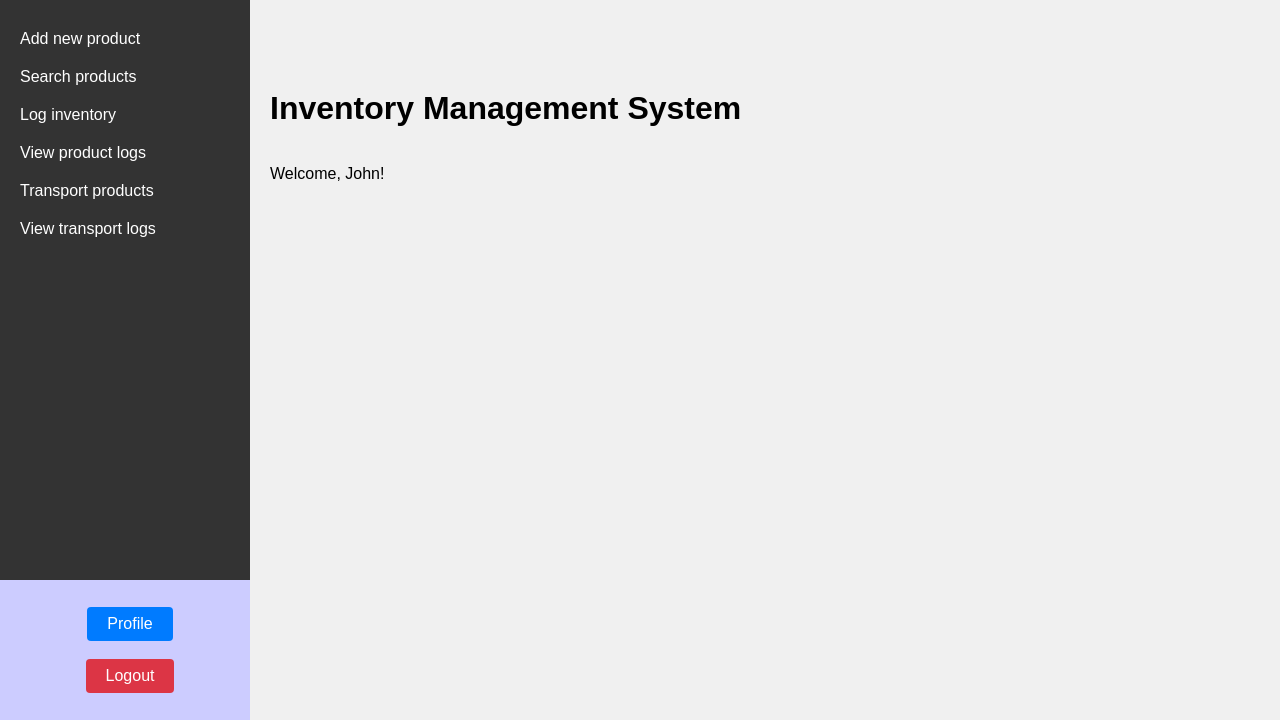
Repository: Warspinix/Flask-Web-Applications
Page: http://localhost/dashboard
The author's editor kept a copy of each file at every save. The page is drawn from the files as they stood at one save, then again after the next save.
The browser window is 1280 px wide. The pictures show the whole page.
The page is served by the project's application, run on Flask 3 (app.py). The session is filled in as if someone had signed in: {"user_id": 1, "first_name": "John"}.

Above is the page before, as saved 2024-06-13 22:32:51.

### templates/dashboard.html
<!-- dashboard.html -->

<!DOCTYPE html>
<html>

<head>
    <title>Inventory Management System</title>
    <link rel="stylesheet" type="text/css" href="{{ url_for('static', filename='style.css') }}">
</head>

<body>
    <div class="container">
        <!-- Navigation Bar -->
        <nav class="navbar" id="navbar">
            <div class="navbar-container">
                <!-- Functionality list -->
                <ul class="navbar-menu" id="menu">
                    <li><a href="{{ url_for('add_product') }}">Add new product</a></li>
                    <li><a href="{{ url_for('search_products') }}">Search products</a></li>
                    <li><a href="{{ url_for('log_inventory') }}">Log inventory</a></li>
                    <li><a href="{{ url_for('view_product_logs') }}">View product logs</a></li>
                    <li><a href="{{ url_for('transport_products') }}">Transport products</a></li>
                    <li><a href="{{ url_for('view_transport_logs') }}">View transport logs</a></li>
                </ul>

                <div class="profile-logout">
                    <a href="{{ url_for('profile') }}" class="btn btn-primary">Profile</a><br>
                    <a href="{{ url_for('logout') }}" class="btn btn-danger">Logout</a>
                </div>
            </div>
        </nav>
        <div class="content">
            <h1>Inventory Management System</h1>

            <!-- Welcome message -->
            <p>Welcome, {{ first_name }}!</p>
        </div>
    </div>
</body>

</html>

### app.py
from flask import Flask, render_template, redirect, url_for, flash, session
import flask_mysqldb
from flask_wtf import FlaskForm
from wtforms import StringField, PasswordField, SubmitField, IntegerField, SelectField
from wtforms.validators import DataRequired, NumberRange, Optional
import os
import datetime
from flask_bcrypt import Bcrypt

secret_key = os.urandom(24).hex()

app = Flask(__name__)
app.config["SECRET_KEY"] = secret_key
app.config["MYSQL_HOST"] = "localhost"
app.config["MYSQL_USER"] = "root"
app.config["MYSQL_PASSWORD"] = ""
app.config["MYSQL_DB"] = "inventory"

bcrypt = Bcrypt(app)

mysql = flask_mysqldb.MySQL(app)

class RegistrationForm(FlaskForm):
    email = StringField("Email", validators=[DataRequired()])
    first_name = StringField("First Name", validators=[DataRequired()])
    last_name = StringField("Last Name", validators=[DataRequired()])
    password = PasswordField("Password", validators=[DataRequired()])
    submit = SubmitField("Register")

class LoginForm(FlaskForm):
    user_id = StringField("User ID", validators=[DataRequired()])
    password = PasswordField("Password", validators=[DataRequired()])
    submit = SubmitField("Login")

class AddProductForm(FlaskForm):
    product_name = StringField("Product Name", validators=[DataRequired()])
    submit = SubmitField("Add Product")

class SearchForm(FlaskForm):
    search_by = StringField("Search by", validators=[DataRequired()])
    search_term = StringField("Search term", validators=[DataRequired()])
    submit = SubmitField("Search")

class AddToInventoryForm(FlaskForm):
    product_id = StringField("Product ID", validators=[DataRequired()])
    quantity_added = StringField("Quantity to add", validators=[DataRequired()])
    submit = SubmitField("Add to Inventory")

from flask_wtf import FlaskForm
from wtforms import SelectField, StringField, SubmitField
from wtforms.validators import DataRequired, Optional

class ViewProductLogsForm(FlaskForm):
    search_by = SelectField("Search by", choices=[
        ('', 'Select option'),
        ('id', 'Product ID'),
        ('month', 'Month'),
        ('both', 'Both')
    ], validators=[DataRequired()])
    product_id = StringField("Product ID", validators=[Optional()])
    month = SelectField("Select month", choices=[
        ('', 'Select month'),
        ('1', 'January'), ('2', 'February'), ('3', 'March'), ('4', 'April'),
        ('5', 'May'), ('6', 'June'), ('7', 'July'), ('8', 'August'),
        ('9', 'September'), ('10', 'October'), ('11', 'November'), ('12', 'December')
    ], validators=[Optional()])
    submit = SubmitField("View Logs")


class TransportForm(FlaskForm):
    product_id = IntegerField('Product ID', validators=[DataRequired(), NumberRange(min=1)])
    quantity_transported = IntegerField('Quantity to transport', validators=[DataRequired(), NumberRange(min=1)])
    submit = SubmitField('Transport')

class ViewTransportLogsForm(FlaskForm):
    search_by = SelectField("Search by", choices=[('', 'Select option'), ('id', 'Product ID'), ('month', 'Month'), ('both', 'Both')], validators=[DataRequired()])
    product_id = StringField("Product ID", validators=[Optional()])
    month = StringField("Select month", validators=[Optional()])
    submit = SubmitField("View Logs")


@app.route("/")
def index():
    return render_template("index.html")

@app.route("/register", methods=["GET", "POST"])
def register():
    form = RegistrationForm()
    if form.validate_on_submit():
        cur = mysql.connection.cursor()
        cur.execute("SELECT COUNT(*) FROM users")
        count = cur.fetchone()[0] + 1
        user_id = str(datetime.date.today().year) + str(count).zfill(3)
        registration_date = datetime.date.today()
        registration_time = datetime.datetime.now().time()
        hashed_password = bcrypt.generate_password_hash(form.password.data).decode('utf-8')
        cur.execute("INSERT INTO users (id, email, first_name, last_name, password, registration_date, registration_time) VALUES (%s, %s, %s, %s, %s, %s, %s)",
                    (user_id, form.email.data, form.first_name.data, form.last_name.data, hashed_password, registration_date, registration_time))
        mysql.connection.commit()
        # flash("Registration successful! You will be redirected to the home page in 3 seconds.")
        # return render_template("register_success.html")
        return redirect(url_for("index"))
    return render_template("register.html", form=form)

@app.route("/login", methods=["GET", "POST"])
def login():
    form = LoginForm()
    if form.validate_on_submit():
        cur = mysql.connection.cursor()
        print(form.user_id.data)
        print(form.password.data)
        cur.execute("SELECT password, first_name FROM users WHERE email = %s", (form.user_id.data,))
        result = cur.fetchone()
        print(result)
        if result:
            hashed_password = result[0]
            if bcrypt.check_password_hash(hashed_password, form.password.data):
                session['user_id'] = form.user_id.data
                session['first_name'] = result[1]  # Store first name in session
                return redirect(url_for("dashboard"))
            else:
                flash("Invalid user ID or password")
        else:
            flash("Invalid user ID or password")
    return render_template("login.html", form=form)

@app.route("/logout")
def logout():
    session.pop('user_id', None)
    session.pop('first_name', None)
    return redirect(url_for("index"))

@app.route("/dashboard")
def dashboard():
    if 'user_id' not in session:
        return redirect(url_for("login"))
    return render_template("dashboard.html", user_id=session['user_id'], first_name=session['first_name'])

@app.route("/profile")
def profile():
    if 'user_id' not in session:
        return redirect(url_for("login"))
    cur = mysql.connection.cursor()
    cur.execute("SELECT email, first_name, last_name, registration_date FROM users WHERE id = %s", (session['user_id'],))
    result = cur.fetchone()
    if result:
        return render_template("profile.html", email=result[0], first_name=result[1], last_name=result[2], registration_date=result[3])
    else:
        flash("User not found")
        return redirect(url_for("dashboard"))

@app.route("/add_product", methods=["GET", "POST"])
def add_product():
    if 'user_id' not in session:
        return redirect(url_for("login"))
    form = AddProductForm()
    if form.validate_on_submit():
        cur = mysql.connection.cursor()
        cur.execute("INSERT INTO products (name, quantity) VALUES (%s, %s)",
                    (form.product_name.data, 0))
        mysql.connection.commit()
        cur.execute("SELECT id FROM products ORDER BY id DESC LIMIT 1")
        product_id = cur.fetchone()[0]
        flash("Product added successfully! Product ID is " + str(product_id))
    return render_template("add_product.html", form=form, user_id=session['user_id'], first_name=session['first_name'])

@app.route("/search_products", methods=["GET", "POST"])
def search_products():
    if 'user_id' not in session:
        return redirect(url_for("login"))
    form = SearchForm()
    if form.validate_on_submit():
        cur = mysql.connection.cursor()
        if form.search_by.data == "id":
            cur.execute("SELECT * FROM products WHERE id = %s", (form.search_term.data,))
        else:
            cur.execute("SELECT * FROM products WHERE name LIKE %s", ("%" + form.search_term.data + "%",))
        products = cur.fetchall()
        return render_template("search_products.html", form=form, products=products, user_id=session['user_id'], first_name=session['first_name'])
    return render_template("search_products.html", form=form, user_id=session['user_id'], first_name=session['first_name'])

@app.route("/log_inventory", methods=["GET", "POST"])
def log_inventory():
    if 'user_id' not in session:
        return redirect(url_for("login"))
    form = AddToInventoryForm()
    if form.validate_on_submit():
        cur = mysql.connection.cursor()
        cur.execute("SELECT quantity FROM products WHERE id = %s", (form.product_id.data,))
        result = cur.fetchone()
        if result:
            new_quantity = result[0] + int(form.quantity_added.data)
            cur.execute("UPDATE products SET quantity = %s WHERE id = %s", (new_quantity, form.product_id.data))
            mysql.connection.commit()
            cur.execute("INSERT INTO products_log (product_id, quantity_added, log_date, log_time, user_id) VALUES (%s, %s, %s, %s, %s)",
                        (form.product_id.data, form.quantity_added.data, datetime.date.today(), datetime.datetime.now().time(), session['user_id']))
            mysql.connection.commit()
            flash("Inventory updated successfully!")
        else:
            flash("Product not found")
    return render_template("log_inventory.html", form=form, user_id=session['user_id'], first_name=session['first_name'])

@app.route("/view_product_logs", methods=["GET", "POST"])
def view_product_logs():
    if 'user_id' not in session:
        return redirect(url_for("login"))

    form = ViewProductLogsForm()
    product_logs = None

    if form.validate_on_submit():
        search_by = form.search_by.data
        product_id = form.product_id.data
        month = form.month.data

        query = """SELECT pl.product_id, p.name, pl.quantity_added, pl.log_date, pl.log_time,
                          CONCAT(u.first_name, ' ', u.last_name) AS full_name
                   FROM products_log pl
                   JOIN products p ON pl.product_id = p.id
                   JOIN users u ON pl.user_id = u.id"""
        conditions = []
        params = []

        if search_by == 'id':
            conditions.append("pl.product_id = %s")
            params.append(product_id)
        elif search_by == 'month':
            conditions.append("MONTH(pl.log_date) = %s")
            params.append(month)
        elif search_by == 'both':
            conditions.append("pl.product_id = %s AND MONTH(pl.log_date) = %s")
            params.append(product_id)
            params.append(month)

        if conditions:
            query += " WHERE " + " AND ".join(conditions)

        cur = mysql.connection.cursor()
        cur.execute(query, tuple(params))
        product_logs = cur.fetchall()

    return render_template("view_product_logs.html", form=form, product_logs=product_logs, user_id=session['user_id'], first_name=session['first_name'])

@app.route("/transport_products", methods=["GET", "POST"])
def transport_products():
    if 'user_id' not in session:
        return redirect(url_for("login"))
    form = TransportForm()
    if form.validate_on_submit():
        cur = mysql.connection.cursor()
        cur.execute("SELECT quantity FROM products WHERE id = %s", (form.product_id.data,))
        result = cur.fetchone()
        if result:
            current_quantity = result[0]
            if current_quantity >= form.quantity_transported.data:
                new_quantity = current_quantity - form.quantity_transported.data
                cur.execute("UPDATE products SET quantity = %s WHERE id = %s", (new_quantity, form.product_id.data))
                mysql.connection.commit()
                cur.execute("INSERT INTO transports_log (product_id, user_id, quantity_transported, log_date, log_time) VALUES (%s, %s, %s, %s, %s)",
                            (form.product_id.data, session['user_id'], form.quantity_transported.data, datetime.date.today(), datetime.datetime.now().time()))
                mysql.connection.commit()
                flash("Product transported successfully!")
            else:
                flash("Not enough quantity in stock")
        else:
            flash("Product not found")
    return render_template("transport_products.html", form=form, user_id=session['user_id'], first_name=session['first_name'])

@app.route("/view_transport_logs", methods=["GET", "POST"])
def view_transport_logs():
    if 'user_id' not in session:
        return redirect(url_for("login"))
    form = ViewTransportLogsForm()
    transport_logs = None
    if form.validate_on_submit():
        search_by = form.search_by.data
        product_id = form.product_id.data
        month = form.month.data

        query = """SELECT tl.id, tl.product_id, p.name, tl.quantity_transported, tl.log_date, tl.log_time,
                          CONCAT(u.first_name, ' ', u.last_name) AS full_name
                   FROM transports_log tl
                   JOIN products p ON tl.product_id = p.id
                   JOIN users u ON tl.user_id = u.id"""
        params = []

        if search_by == 'id':
            query += " WHERE tl.product_id = %s"
            params.append(product_id)
        elif search_by == 'month':
            query += " WHERE MONTH(tl.log_date) = %s"
            params.append(month)
        elif search_by == 'both':
            query += " WHERE tl.product_id = %s AND MONTH(tl.log_date) = %s"
            params.append(product_id)
            params.append(month)

        cur = mysql.connection.cursor()
        cur.execute(query, tuple(params))
        transport_logs = cur.fetchall()

    return render_template("view_transport_logs.html", form=form, transport_logs=transport_logs, user_id=session['user_id'], first_name=session['first_name'])

if __name__ == "__main__":
    app.run(debug=True)

### static/style.css
/* Reset default styles */
* {
    margin: 0;
    padding: 0;
    box-sizing: border-box;
}

body {
    font-family: Arial, sans-serif;
    background-color: #f0f0f0;
    display: flex;
    flex-direction: column;
    min-height: 100vh;
}

h1 {
    padding-bottom: 1.2em;
}

/* Navigation Bar styles */
.navbar {
    background-color: #333;
    color: #fff;
    position: fixed;
    width: 250px; /* Set the width */
    height: 100%;
    top: 0;
    left: 0;
    z-index: 1000;
    transition: all 0.3s ease;
}

.navbar-container {
    display: flex;
    flex-direction: column;
    height: 100%;
}

.navbar-header {
    display: flex;
    align-items: center;
    justify-content: space-between; /* Adjust spacing */
    margin-bottom: 20px; /* Adjust spacing */
}

.navbar-brand {
    color: #fff;
    text-decoration: none;
    font-size: 1.5rem;
    margin-left: 10px;
}

.navbar-menu {
    list-style-type: none;
    display: flex;
    height: 80svh;
    /* padding: 10px 20px; */
    flex-direction: column;
    margin-top: 20px; /* Push menu items to the bottom */
}

.navbar-menu li {
    margin-right: 0; /* Remove margin */
}

.navbar-menu li a {
    color: #fff;
    text-decoration: none;
}

.navbar-menu li {
    padding: 10px 20px;
    transition: color 0.3s ease;
}

.navbar-menu li:hover {
    background-color: #007bff;
}

/* Profile and logout buttons */
.profile-logout {
    display: flex;
    flex-direction: column;
    background-color: #ccf;
    align-items: center;
    justify-content: center;
    text-align: right;
    padding: 10px 40px;
    height: 20svh;
}

.profile-logout a {
    color: #fff;
    text-decoration: none;
    padding: 8px 20px;
    border-radius: 4px;
    margin-left: 10px;
    transition: background-color 0.3s ease;
}

.profile-logout a.btn {
    color: #fff;
    text-decoration: none;
    padding: 8px 20px;
    border-radius: 4px;
    transition: background-color 0.3s ease;
}

.profile-logout a.btn-primary {
    background-color: #007bff;
}

.profile-logout a.btn-danger {
    background-color: #dc3545;
}

.profile-logout a.btn:hover {
    background-color: #0056b3;
}


/* Menu toggle button */
.menu-toggle {
    background: none;
    border: none;
    cursor: pointer;
    display: none;
    padding: 5px;
    position: absolute;
    top: 10px;
    right: 10px;
    z-index: 1500;
}

.menu-toggle span {
    background-color: #fff;
    display: block;
    height: 2px;
    margin-bottom: 4px;
    transition: transform 0.2s ease, background-color 0.2s ease;
    width: 20px;
}

.menu-toggle span:nth-child(1) {
    transform: translateY(6px) rotate(45deg);
}

.menu-toggle span:nth-child(2) {
    opacity: 0;
}

.menu-toggle span:nth-child(3) {
    transform: translateY(-6px) rotate(-45deg);
}

@media screen and (max-width: 768px) {
    .navbar {
        width: 250px;
        transform: translateX(-100%);
        transition: transform 0.3s ease;
    }

    .navbar.active {
        transform: translateX(0);
    }

    .navbar-container {
        flex-direction: row;
    }

    .navbar-header {
        margin-bottom: 20px; /* Adjust spacing */
        width: 100%;
        display: flex;
        justify-content: space-between;
    }

    .navbar-brand {
        margin-bottom: 0; /* Adjust spacing */
    }

    .navbar-menu {
        flex-direction: column;
        margin-top: 0;
        width: 100%;
    }

    .navbar-menu.active {
        flex-direction: column;
    }

    .menu-toggle {
        display: block;
    }

    .profile-logout a {
        margin-left: 10px;
        margin-bottom: 0;
    }
}

/* Side Navigation for small screens */
.side-nav {
    position: fixed;
    top: 0;
    left: -250px;
    width: 250px;
    height: 100%;
    background-color: #333;
    transition: all 0.3s ease;
    z-index: 1200;
}

.side-nav.active {
    left: 0;
}

.side-nav ul {
    list-style-type: none;
    padding: 0;
    margin: 20px 0;
}

.side-nav ul li {
    padding: 10px;
    border-bottom: 1px solid #666;
}

.side-nav ul li a {
    color: #fff;
    text-decoration: none;
    display: block;
    transition: all 0.3s ease;
}

.side-nav ul li a:hover {
    background-color: #007bff;
}

/* Content area */
.content {
    margin-left: 250px; /* Width of the side nav */
    margin-top: 70px;
    padding: 20px;
    flex: 1;
}

/* Form styles */
form {
    background-color: #fff;
    padding: 20px;
    border-radius: 8px;
    box-shadow: 0 4px 6px rgba(0, 0, 0, 0.1);
}

form label {
    font-weight: bold;
}

form input[type="number"],
form select {
    padding: 8px;
    margin-top: 5px;
    width: 100%;
    border: 1px solid #ccc;
    border-radius: 4px;
}

form input[type="submit"] {
    background-color: #007bff;
    color: #fff;
    border: none;
    padding: 10px 20px;
    cursor: pointer;
    margin-top: 10px;
    border-radius: 4px;
    transition: background-color 0.3s ease;
}

form input[type="submit"]:hover {
    background-color: #0056b3;
}

/* Table styles */
table {
    width: 100%;
    margin-top: 20px;
    border-collapse: collapse;
    border-radius: 8px;
    overflow: hidden;
    box-shadow: 0 4px 6px rgba(0, 0, 0, 0.1);
}

table th, table td {
    padding: 12px 15px;
    text-align: left;
    border-bottom: 1px solid #ddd;
}

table th {
    background-color: #007bff;
    color: #fff;
}

After the next save:
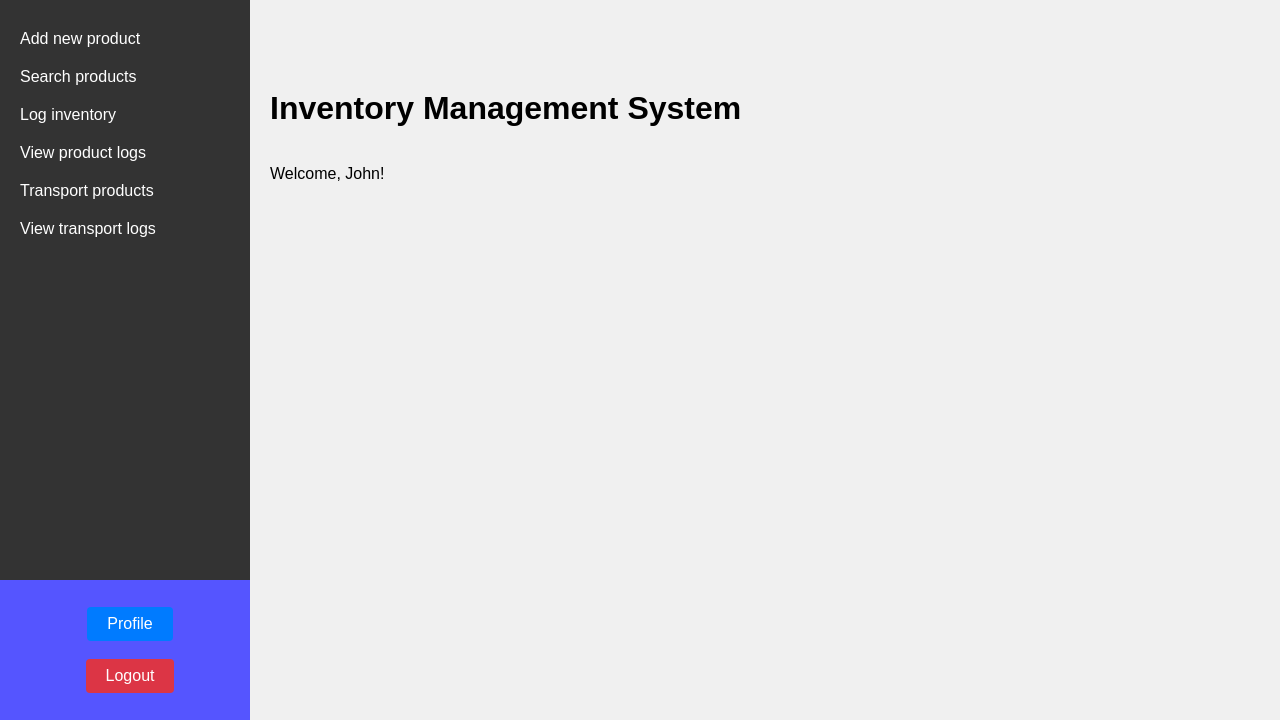
Saved 14 s later.
--- a/static/style.css
+++ b/static/style.css
@@ -81,7 +81,7 @@ h1 {
 .profile-logout {
     display: flex;
     flex-direction: column;
-    background-color: #ccf;
+    background-color: #5555ff;
     align-items: center;
     justify-content: center;
     text-align: right;
